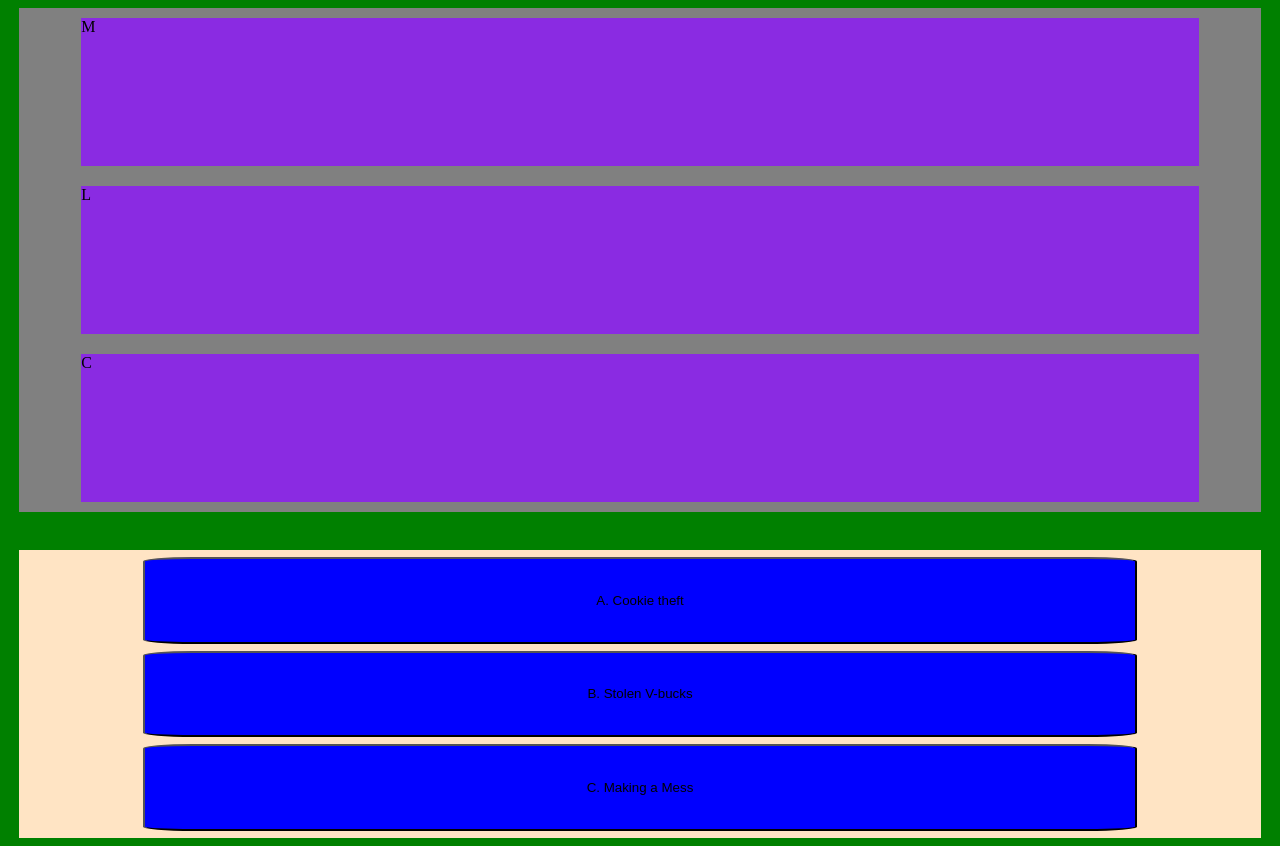
Repository: nguyenlejoe/Dynamic_notSoSherlock
Page: Alex Inductive Thinking/MultiChoice.html
These files come from the project's save history. The page is drawn as it stood at one moment and after the next save; the edit follows.
The browser window is 1280 px wide. The pictures show the whole page.

Above is the page before, as saved 2020-03-05 21:04:20.

### Alex Inductive Thinking/MultiChoice.html
<!DOCTYPE html>
<html>
    <head>
        <title>Inductive Thinking</title>
        <link rel="stylesheet" href="MultiChoice.css">
    </head>
    <body>
        <div id="app">
            <div id="crimeScene">
                <div class="evidence" id="clue1" onclick="displayClue1()"></div>
                <div class="evidence" id="clue2"></div>
                <div class="evidence" id="clue3"></div>
            </div>
            <div id="multiChoice">
                <button class="InductiveChoice" id="buttonA">Choice 1</button>
                <button class="InductiveChoice" id="buttonB">Choice 2</button>
                <button class="InductiveChoice" id="buttonC">Choice 3</button>
        </div>
        </div>
        <script src="MultiChoice.js"></script>
    </body>

</html>

### Alex Inductive Thinking/MultiChoice.css

body{
    background-color: green;
}
#app{
    display: flex;
    flex-direction: column;
    align-items: center;
}

#crimeScene{
    display: flex;
    flex-direction: column;
    height: 70vh;
    width: 97vw;
    background-color: grey;
    justify-content: center;
    align-items: center;

}
.evidence{
    width: 90%;
    height: 300px;
    background-color: blueviolet;
    margin: 10px;
}





#multiChoice{
    background-color:bisque;
    width: 97vw;
    height: 40vh;
    margin-top: 3%;
    display: flex;
    flex-direction: column;
    justify-content: space-evenly;
    justify-items: center;
    align-items: center;
}

.InductiveChoice{
    width: 80%;
    height: 30%;
    background-color: blue;
    border-radius: 05%;
}

### Alex Inductive Thinking/MultiChoice.js

///////////////////////////  OBJECTS  /////////////////////////
var Clues =[
    {
    item: "Muddy Footprints",
    description: " it seems like the culprit left muddy footprints upon the floor! ",
    multiChoice: [
        "A. Cookie theft",
        "B. Stolen V-bucks",
        "C. Making a Mess",
       ],

    },

    {
        item: "Ladder",
        description: "Why is this ladder next to the counter!",
        multiChoice: [
            "A. Cookie theft",
            "B. Stolen V-bucks",
            "C. Making a Mess",
           ],
    },

    {
        item: "Cookie Jar",
        description: " Hmmm, this cookie jar seems rather empty I wonder where all the cookies went? ",
        multiChoice: [
            "A. Cookie theft",
            "B. Stolen V-bucks",
            "C. Making a Mess",
           ],
    }
]
   /* var multiChoice = [
        {a: "Cookie theft"},
        {b: "Stolen V-bucks"},
        {c: "Making a Mess"},
    ],
] */
///////////////////////////  MULTI CHOICE QUESTION  /////////////////////////


function addChoices(){
    document.querySelector("#buttonA").innerHTML =  Clues[0].multiChoice[0];
    document.querySelector("#buttonB").innerHTML =  Clues[0].multiChoice[1];
    document.querySelector("#buttonC").innerHTML =  Clues[0].multiChoice[2];
}
addChoices();


///////////////////////////  ADDING CLUES  /////////////////////////


function addClues(){
    document.querySelector("#clue1").innerHTML = Clues[0].item[0];
    document.querySelector("#clue2").innerHTML = Clues[1].item[0];
    document.querySelector("#clue3").innerHTML = Clues[2].item[0];
}
addClues()

///////////////////////////  CLUE DETAIL DISPLAY  /////////////////////////

function displayClue1(){
    alert(Clues[0].item[0])
}

After the next save:
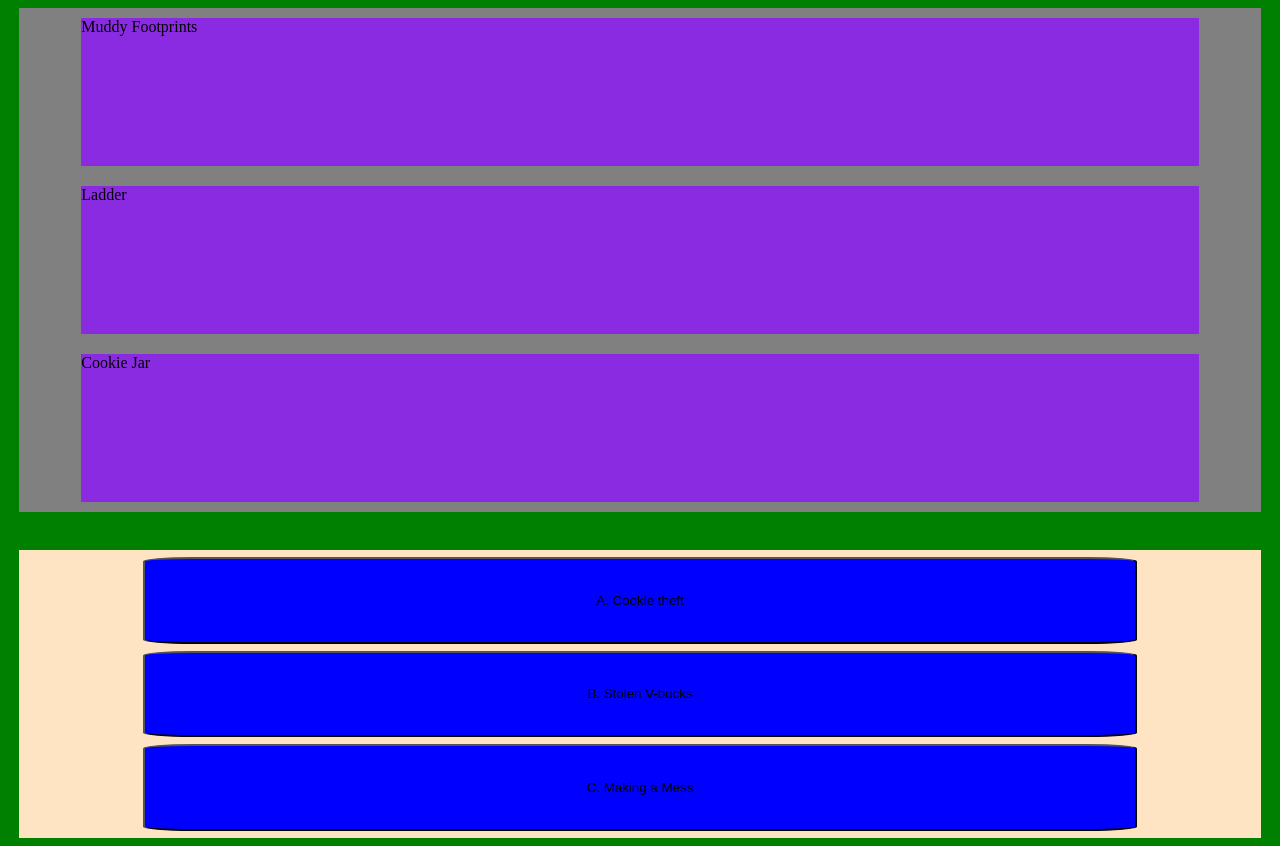
Saved 38 s later.
--- a/Alex Inductive Thinking/MultiChoice.js
+++ b/Alex Inductive Thinking/MultiChoice.js
@@ -53,9 +53,9 @@ addChoices();
 
 
 function addClues(){
-    document.querySelector("#clue1").innerHTML = Clues[0].item[0];
-    document.querySelector("#clue2").innerHTML = Clues[1].item[0];
-    document.querySelector("#clue3").innerHTML = Clues[2].item[0];
+    document.querySelector("#clue1").innerHTML = Clues[0].item;
+    document.querySelector("#clue2").innerHTML = Clues[1].item;
+    document.querySelector("#clue3").innerHTML = Clues[2].item;
 }
 addClues()
 
